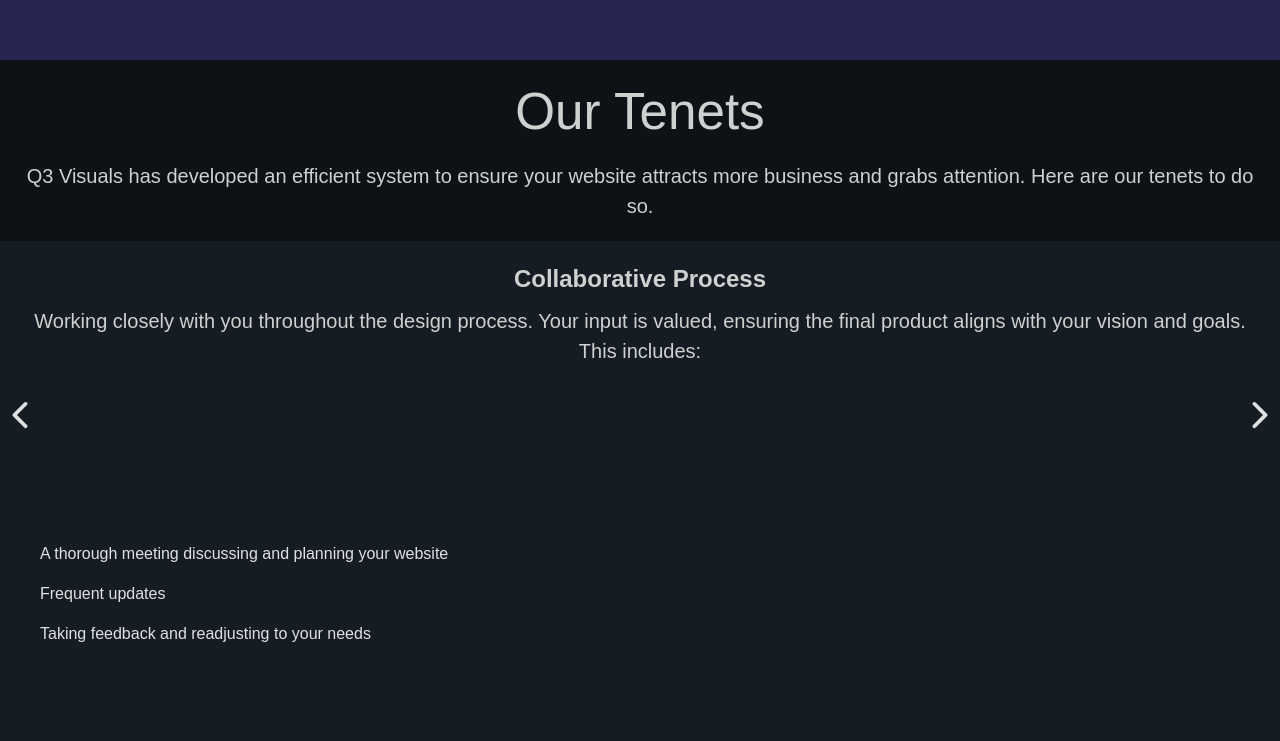
Repository: TMuse333/quantumDesigns
Page: /process
An editor plug-in stored every save of this project. The page is shown before and after the next save, followed by the edit.
The browser window is 1280 px wide. The pictures show the whole page.
The project was rebuilt for these pictures with package versions that can differ from the ones it lists, and the page was loaded fresh each time. Also part of the build but not shown: vite.config.js, src/styles/herobanner.css, src/components/Herobanner.jsx, src/components/intro.jsx, src/styles/tenets.css, src/components/tenets.jsx, src/styles/work.css, src/components/work.jsx and 6 more.

Above is the page before, as saved 2023-12-17 12:14:43.

### index.html
<!doctype html>
<html lang="en">
  <head>
    <meta charset="UTF-8" />
    <link rel="icon" type="image/svg+xml" href="/vite.svg" />
    <link rel="preconnect" href="https://fonts.googleapis.com">
<link rel="preconnect" href="https://fonts.gstatic.com" crossorigin>
<link href="https://fonts.googleapis.com/css2?family=Noto+Sans+Linear+A&display=swap" rel="stylesheet" integrity="your-integrity-value" crossorigin="anonymous">

<link rel="preconnect" href="https://fonts.googleapis.com">
<link rel="preconnect" href="https://fonts.gstatic.com" crossorigin>
<link href="https://fonts.googleapis.com/css2?family=Noto+Sans+Linear+A&family=Open+Sans:ital@1&display=swap" rel="stylesheet">
<link rel="stylesheet" href="https://fonts.googleapis.com/css2?family=Roboto:wght@400;700&display=swap">


    <meta name="viewport" content="width=device-width, initial-scale=1.0" />
    <title>Vite + React</title>
  </head>
  <body>
    <div id="root"></div>
    <script type="module" src="/src/main.jsx"></script>
  </body>
</html>

### src/main.jsx
import './index.css'
import * as React from 'react';
import { StrictMode } from 'react';
import { createRoot } from 'react-dom/client';
import { BrowserRouter } from 'react-router-dom';

import App from './App';

const rootElement = document.getElementById('root');
const root = createRoot(rootElement);

root.render(
  <StrictMode>
    <BrowserRouter>
      <App />
    </BrowserRouter>
  </StrictMode>
);

### src/index.css
:root {
  font-family: Inter, system-ui, Avenir, Helvetica, Arial, sans-serif;
  line-height: 1.5;
  font-weight: 400;

  color-scheme: light dark;
  color: rgba(255, 255, 255, 0.87);
  background-color: #242424;

  font-synthesis: none;
  text-rendering: optimizeLegibility;
  -webkit-font-smoothing: antialiased;
  -moz-osx-font-smoothing: grayscale;
}

html{
  overflow-x: hidden;
}

a {
  font-weight: 500;
  color: #646cff;
  text-decoration: inherit;
}
a:hover {
  color: #535bf2;
}

body {
  margin: 0;
  padding:0;
  display: flex;
  place-items: center;
  min-width: 100vw;
  min-height: 100vh;
  overflow-x: hidden;
}

h1 {
  font-size: 3.2em;
  line-height: 1.1;
}

button {
  border-radius: 8px;
  border: 1px solid transparent;
  padding: 0.6em 1.2em;
  font-size: 1em;
  font-weight: 500;
  font-family: inherit;
  background-color: #1a1a1a;
  cursor: pointer;
  transition: border-color 0.25s;
}
button:hover {
  border-color: #646cff;
}
button:focus,
button:focus-visible {
  outline: 4px auto -webkit-focus-ring-color;
}

### src/App.jsx
import { useState } from 'react'
import { Link } from 'react-router-dom'



import './App.css'
import Navbar from './components/navbar'
import Layout from './components/layout'
import Testimonials from "./components/testimonials";
import {
  BrowserRouter as Router,

  Route, Routes

} from "react-router-dom";
import Process from './components/process'

function App() {
  const [count, setCount] = useState(0)

  return (
    <>

    <Routes>

      <Route path='/'
      element={<Layout/>}
      />

      <Route path='process' element={<Process/>}>

      </Route>


    </Routes>




     </>
  )
}

export default App

### src/App.css
#root {
  max-width: 1280px;
  margin: 0 auto;

  text-align: center;
}

:root{
  /* --primary-color:rgb(5, 23, 111); */
  --tag-color:rgb(10, 9, 17);
  --primary-color:rgb(13, 18, 22);
}

.layout{
  width:100vw;
  margin-top: -5rem;
  position: absolute;
  left:0;
  top:120px;
  background-color: var( --primary-color);
  /* overflow-x: hidden; */

}

.before-title-text{
 font-weight: bold;
 margin-bottom: -0.5rem;
}

.bold-700{
  font-weight: 700;
}

.title-text{
  width:100vw;
  font-weight: 350;
  /* font-size: 35px; */
  margin-bottom: 0.1rem;

  margin-bottom: 1rem;
  font-family: 'spartan',sans-serif;
  color:#cfd0d0;

}

.description-text{
  padding: 0 15px 0 15px;
    font-family: 'Palatino Sans', 'Palatino Sans Informal', 'Palatino Sans Text', 'Palatino Sans W1G', 'Palatino Sans W01', sans-serif;
font-weight: 300;
font-size: 20px;
color:#cfd0d0

}

.button {
  display: inline-block;
  padding: 12px 24px;
  font-size: 16px;
  font-weight: bold;
  text-align: center;
  text-decoration: none;
  cursor: pointer;
  border: 2px solid #00bfff; /* Quantum blue color */
  color: #00bfff;
  background-color: transparent;
  border-radius: 8px;
  transition: background-color 0.3s ease, color 0.3s ease;
  width:max-content;
  margin-left: auto;
  margin-right: auto;
  margin-bottom: 3rem;
}

.button:hover {
  background-color: #00bfff; /* Quantum blue color on hover */
  color: #fff; /* White text on hover */
}

### src/components/navbar.jsx
import React, { useState,useEffect } from 'react';
// import { FaArrowLeft, FaArrowRight } from 'react-icons/fa';
import { Link } from 'react-router-dom';
import '../styles/navbar.css'
import q2 from '../images/q3-visuals-logo-2.svg'



const Navbar = () => {
  const [subMenuVisible, setSubMenuVisible] = useState(false);
  const [isMobile, setIsMobile] = useState(true)

  const toggleSubMenu = () => {
    console.log("clicked")
    setSubMenuVisible(!subMenuVisible);
  };

  const scrollToSection = (sectionId) => {

    const element = document.getElementById(sectionId);
    if (element) {

      element.scrollIntoView({
        behavior: 'smooth', // Smooth scrolling
        block: 'start',    // Scroll to the top of the element
      });
    }
  }

  useEffect(() => {
    // Function to update sub-menu visibility when the screen width changes
    const handleResize = () => {
      const screenWidth = window.innerWidth;
      setIsMobile(!(screenWidth >= 415)); // Set subMenuVisible to true if screen width is at least 415 pixels
    };

    // Add a resize event listener to update the sub-menu visibility
    window.addEventListener('resize', handleResize);

    // Initial call to set sub-menu visibility based on current screen width
    handleResize();

    // Clean up the event listener when the component unmounts
    return () => {
      window.removeEventListener('resize', handleResize);
    };
  }, []);

  const style = {

    height: subMenuVisible && isMobile? '170px' :!isMobile ? '0px' :'0px',
    overflow:  'hidden',
  // opacity: subMenuVisible || !isMobile ? 1 : 1,
    transition:'height 0.3s ease-in-out',
    backgroundColor: 'rgb(48, 46, 99)',
    marginLeft: 'auto',
    marginRight:'auto',
    borderRadius:'5px',
    textAlign:'left',
    paddingLeft:'10px',



  };

  return (

    <div className='navbar-container'>

    <div className='navbar-logo'>
        <p className='navbar-logo'
      >Q3 Visuals</p>
      </div>


      <div className='list-container'>
        <button onClick={toggleSubMenu}
        // className='nav-button'
        className='mini-logo'

        >

       <img src={q2} style={{
        width:'30px'
       }}/>
        </button>
        <ul
        style={style}
         className='nav-list'
         >



          <li onClick={()=>scrollToSection('about')}>About </li>



          <li onClick={()=>scrollToSection('campaign')}>portfolio</li>


          <li onClick={()=>scrollToSection('skills')}>services</li>



          <li onClick={()=>scrollToSection('contact')}> Contact</li>

        </ul>
      </div>
       </div>

  );
};

export default Navbar;

### src/components/process.jsx
import React from "react";
import { useState } from "react";
import '../styles/process.css'
import { tenets } from "./skillDesc";
import { IoIosArrowBack, IoIosArrowForward } from 'react-icons/io';
import { motion, AnimatePresence } from "framer-motion";
import Navbar from "./navbar";

const Process = () => {
    const [currentTenet, setCurrentTenet] = useState(0);

    const nextTenet = () => {
        setCurrentTenet((prevIndex) => (prevIndex + 1) % tenets.length);
    };

    const prevTenet = () => {
        setCurrentTenet((prevIndex) => (prevIndex - 1 + tenets.length) % tenets.length);
    };

    return (
        <div>

       <Navbar/>

        <div className="process-container">

            <h1 className="title-text">Our Tenets</h1>
            <p className="description-text">
                Q3 Visuals has developed an
                efficient system to ensure your website
                attracts more business and grabs attention.
                Here are our tenets to do so.
            </p>


            <div className="arrow-container">

                <div className="tenet">

                    <AnimatePresence>


                    <motion.h2
                     key={currentTenet}
                    initial={{ opacity: 0,x: -10 }}
                    animate={{ opacity: 1, x:0 }}
                     exit={{ opacity: 0 }}
                     className="title-text bold-700 tenet-title">{tenets[currentTenet].name}
                    </motion.h2>
                    </AnimatePresence>

                    <AnimatePresence>
                    <motion.p
                    key={currentTenet}
                    initial={{ opacity: 0, }}
                    animate={{ opacity: 1, transition:{delay:0.5} }}
                     exit={{ opacity: 0 }}
                    className="description-text tenet-desc"
                    >{tenets[currentTenet].description}
                    </motion.p>
                    </AnimatePresence>
                    <ul className="points">
                {tenets[currentTenet].points.map((point, index) => (
                    <AnimatePresence>


                    <motion.li key={currentTenet}
                    initial={{opacity:0,x:-30}}
                    animate={{opacity:1,x:0, transition:{delay:0.7 + (index * 0.3)}}}
                    exit={{ opacity: 0,x:-30,y:0,transition:{delay:(index * 0.1)} }}
                    >{point}</motion.li>
                    </AnimatePresence>
                ))}
            </ul>
                </div>
                <IoIosArrowForward className="arrow arrow-right" onClick={nextTenet} />
                <IoIosArrowBack className="arrow arrow-left" onClick={prevTenet} />
            </div>
        </div>
        </div>
    );
};

export default Process;

### src/styles/navbar.css
/* Add this to your navbar.css file */

.navbar-container{


 position: fixed;
  width: 100vw;

  top: 0px;
  left:0px;
  background-color:rgb(38, 37, 79);
  height: 60px;
z-index: 10;



}

.list-container {
 color:white;
 transform: translateY(-2.5rem);
 width:min-content;
 margin-left: auto;




}

.list-container li{
  list-style-type: none;
  /* transform: translateX(-25%); */
  padding:10px;

  /* margin-top: -2rem; */

}

.mini-logo {
  display: flex;
  justify-content: center;
  align-items: center;
  margin-top: -1.5rem;
  height: 2rem;
  width: 2rem; /* Set the width and height to make it a perfect circle */
  padding: 0; /* Remove padding */
  border-radius: 50%; /* Make it circular */
  margin-left: auto;
  margin-right: auto;


}

.navbar-logo{
  color:white;
  text-align: left;
  margin-left: 1rem;
  font-family: 'Nunito', sans-serif;
  font-size: 25px;
  margin-top: 0.75rem;

}

.nav-button::before,
.nav-button::after {
  content: '';
  position: absolute;
  background-color: #d15959; /* Set the color of the lines */
  height: 2px; /* Set the height of the lines */
  width: 10%; /* Set the width of the lines */
}

.nav-button::before {
  top: 5%;
}

.nav-button::after {
  top: 8%;
}



@media screen and (min-width: 760px) and (min-height: 415px) {
  .nav-list {
    display: flex;
    width:100vw;
    justify-content: space-between;
    padding:0;
    margin-top: -3rem;

    /* background-color: ; */
  }

  .nav-button{
    display: none;
  }

  .navbar-logo{
    display: none;
  }
}

### src/styles/testimonial.css
.testimonial-container{
    width:100vw;
    background-color: var(--primary-color);
 padding-bottom: 4rem;
 margin-top: -2rem;
    position: relative;

    /* border: 2px solid white; */
}

.testimonial {
    background-color: black;
    padding-left: 1rem;
    text-align: left;
    padding-bottom: 40px;
    width:80vw;
   display: flex;
   flex-direction: column;
   margin-left: auto;
   margin-right: auto;

}

.quote{

    font-weight: bold;
    font-size: 30px;
}

.effect{
    font-weight: 500;
    font-family: 'spartan',sans-serif;
    font-size: 20px;
}

.author {
    margin-top: 0rem;
    font-weight: bold;
    font-size:20px;
}

.title{
    margin-top: -1rem;
    font-size:20px;
}

.arrow-container{
    display: flex;
}

.arrow{
    position: absolute;
    top:50%;
    font-size: 40px;
}

.arrow-right{
    right:0;
}

.deliver{
    font-size: 30px;
}

### src/components/skillDesc.js
export const tenets = [
    {
        name: "Collaborative Process",
        description: "Working closely with you throughout the design process. Your input is valued, ensuring the final product aligns with your vision and goals."+
        " This includes:",
        points:[
            'A thorough meeting discussing and planning your website',
            'Frequent updates',
            'Taking feedback and readjusting to your needs'
        ]
    },
    {
        name: "Appealing Design",
        description: "Crafting visually captivating and one-of-a-kind designs that reflect the uniqueness of your brand. We prioritize creativity to make your website stand out.",
        points:[
            'Animations to enhance user experience while maintaining simplicity',
            'Emphasizing key words with bold font styles',
            'Infusing dynamic visuals and persuasive typography for get more business.'
        ]
    },

    {
        name: "Primal Human Instincts",
        description: "Q3 Visuals implements techniques based on fundamental aspects of human psychology "+
        'to give your website the highest probability of succeeding. This includes',
        points:[
            'Visual appeal: Humans are visually oriented beings',
            'Using persuasive typography to create a sense of urgency',
            'Using testimonials as social proof, as humans are drawn to be in groups',

        ]
    },
    {
        name: "3D Models",
        description: "Incorporating dynamic 3D models to enhance the visual appeal of your website. This adds a layer of interactivity and engages visitors in a unique and immersive experience.",
        points:[
            'A thorough meeting discussing and planning your website',
            'Frequent updates',
            'Taking feedback and readjusting to your needs'
        ]
    },

];


export const testimonials = [
    {
        quote: 'He exceeded our expectations!',
        effect: 'Quantum Designs transformed our vision into a stunning website. They are responsive, creative, and delivered beyond our expectations.',
        author: 'Jane Doe',
        title: 'Satisfied Client'
    },
    {
        quote: 'Innovative and highly skilled team!',
        effect: 'Working with Quantum Designs was a game-changer for our online presence. Their innovative approach and technical expertise are commendable.',
        author: 'John Smith',
        title: 'Tech Enthusiast'
    },
    {
        quote: 'Reliable and professional service!',
        effect: 'Quantum Designs provided a reliable and professional service. They were attentive to our needs and delivered a website that truly represents our brand.',
        author: 'Emily Johnson',
        title: 'Business Owner'
    },
];

### src/styles/process.css
.process-container{
    width:100vw;
    background-color: var(--primary-color);
    position:absolute;
    top:50px;
    left:0;

}

.points{
    position: relative;
      top:calc(50% + 35px)
}

.points li {
    list-style: none;
    margin-top: 1rem;
    text-align: left;
 font-family: 'spartan',sans-serif;
}

.tenet-title{
      position: absolute;
      top:0px;

}

.tenet-desc{
    position: absolute;
    top:45px;
    font-size: 1.25rem;
    padding-left:15px;
    padding-right: 15px;
    height:50px;
}

.tenet{
   background-color: rgb(21, 28, 35);
   position: relative;
   height:500px;
   width:100vw
}

### src/styles/intro.css
.intro-container{
    width:100vw;
    display: flex;
    flex-direction: column;
    background-color: var(--primary-color);


}

.intro {
    width:100vw;
    font-weight: 350;
    font-size: 35px;
    margin-bottom: 0.1rem;
    margin-top: 1rem;

}

.bold-700{
    font-weight: 700;
}

.intro-end{
    margin-top: 0rem;
    padding:0 10px 0 10px;
    font-weight: 550;
    font-family: 'spartan',sans-serif;
    color:#cfd0d0;

}





.intro-container p{

}

After the next save:
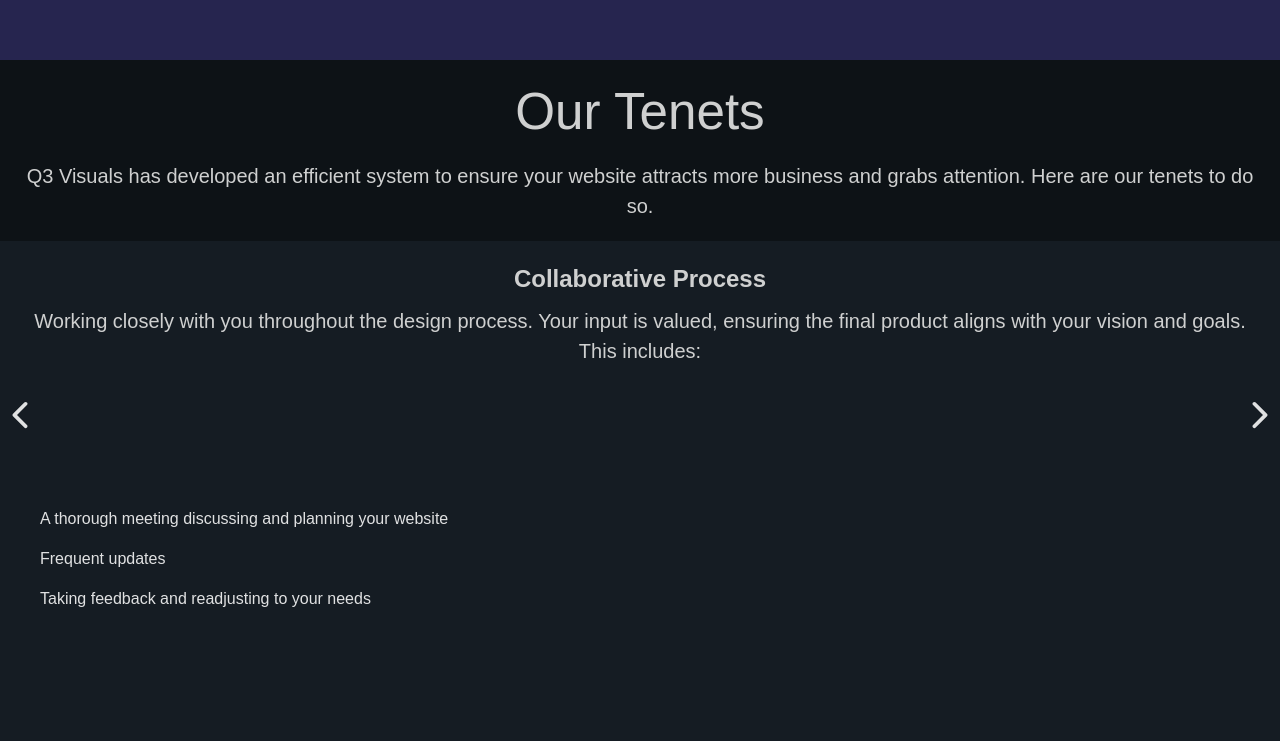
Saved 39 s later.
--- a/src/styles/process.css
+++ b/src/styles/process.css
@@ -9,7 +9,7 @@
 
 .points{
     position: relative;
-      top:calc(50% + 35px)
+      top:calc(50%)
 }
 
 .points li {
